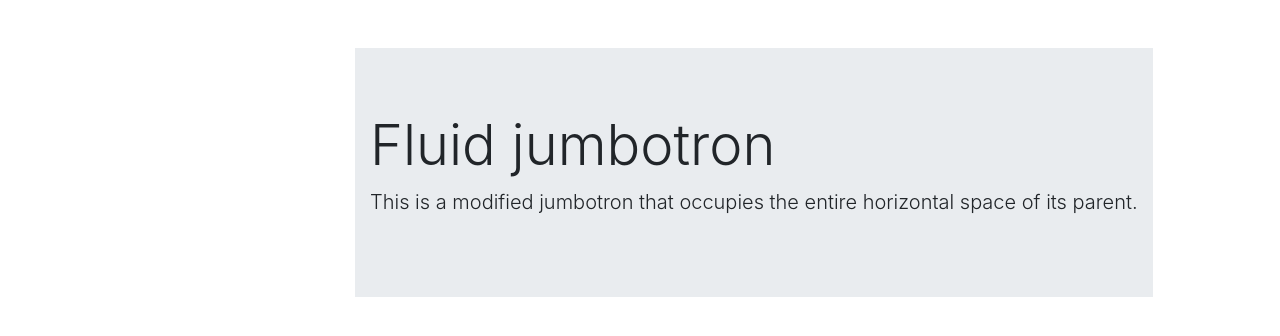
Repository: Khilanmakwana/Todo-App-ReactJS
Page: /
These files come from the project's save history. The page is drawn as it stood at one moment and after the next save; the edit follows.
The browser window is 1280 px wide. The pictures show the whole page.
The project was rebuilt for these pictures with package versions that can differ from the ones it lists, and the page was loaded fresh each time. Also part of the build but not shown: src/App.css.

Above is the page before, as saved 2020-04-28 15:12:03.

After the next save:
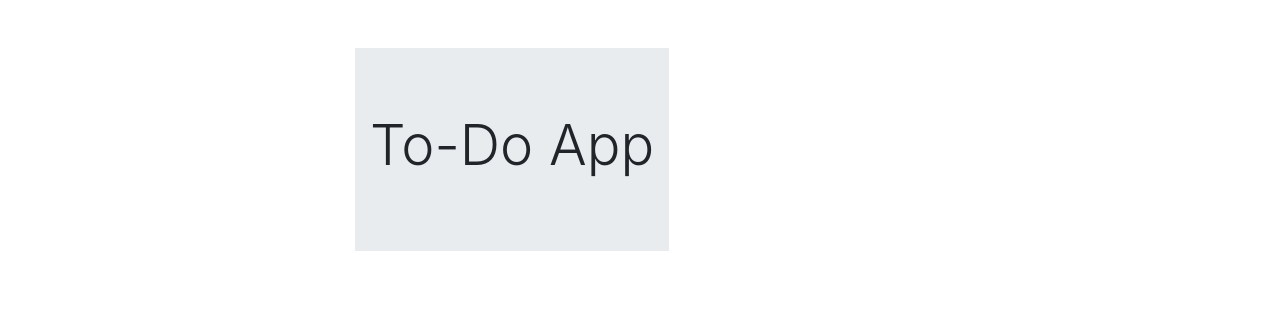
Saved 38 s later.
--- a/src/App.js
+++ b/src/App.js
@@ -5,8 +5,7 @@ function App() {
   return (
       <div className="jumbotron jumbotron-fluid">
     <div className="container">
-    <h1 className="display-4">Fluid jumbotron</h1>
-    <p className="lead">This is a modified jumbotron that occupies the entire horizontal space of its parent.</p>
+    <h1 className="display-4">To-Do App</h1>
   </div>
 </div>
   );
